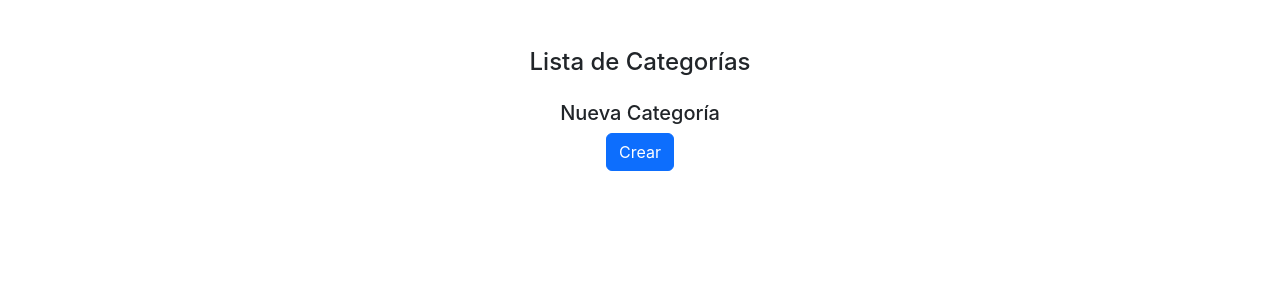
Repository: SantiagoGuaman/gestor-app
Page: /
The author's editor kept a copy of each file at every save. The page is drawn from the files as they stood at one save, then again after a run of saves.
The browser window is 1280 px wide. The pictures show the whole page.
The page's requests for data from a server got no answer. The project was rebuilt for these pictures with package versions that can differ from the ones it lists, and the page was loaded fresh each time. No one was signed in, and anything a server would have sent is missing. Also part of the build but not shown: src/App.css, src/Proveedores/GetDataProviders.js, src/HomePage/HomePage.js.

Above is the page before, as saved 2024-02-14 10:34:15.

After the next 3 saves:
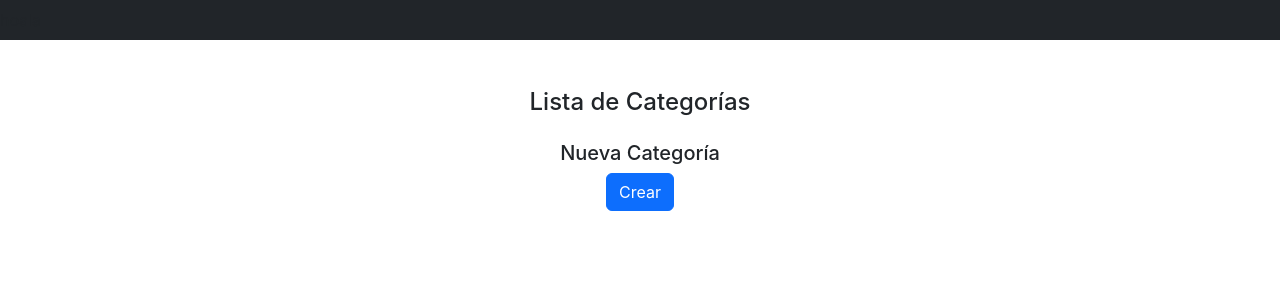
The 3 saves are shown as one change because they came seconds apart.
The last was saved 16 s later.
--- a/src/App.js
+++ b/src/App.js
@@ -8,6 +8,7 @@ import HomePage from './HomePage/HomePage';
 function App() {
   return (
     <div>
+    <NavBar/>
     <GetDataCategories/></div>
   );
 }
